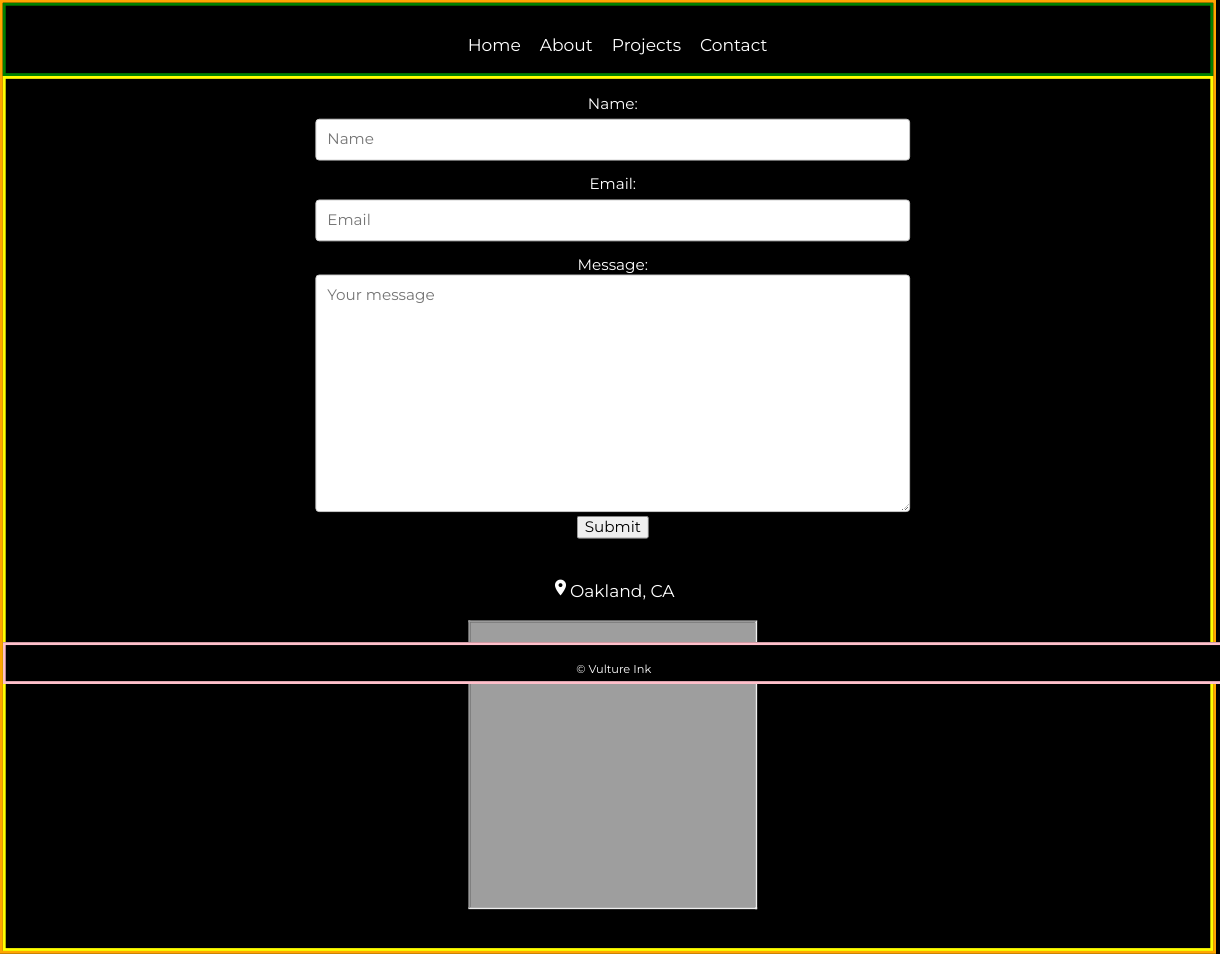
Repository: kaitlynMidori/anon_ink
Page: pages/Contact.html
These files come from the project's save history. The page is drawn as it stood at one moment and after the next save; the edit follows.
The browser window is 1280 px wide. The page is 1280 px wide, then 1284 px, so the pictures cover 1284 px, including what lies to the right of the window. The pictures show the whole page, at 95% of full size.
Pictures or frames that could not be fetched are drawn as grey boxes. Some web libraries are served in a nearby version.

Above is the page before, as saved 2021-09-07 17:51:03.

### pages/Contact.html
<!DOCTYPE html>
<html lang= "en">
    <head>
        <meta charset="utf-8">
        <meta name="viewport" content="width=device-width, initial-scale=1.0">
        <title>Contact</title>
        <link href="https://cdnjs.cloudflare.com/ajax/libs/normalize/8.0.1/normalize.min.css" rel="stylesheet" type="text/css" />
        <link href="https://fonts.googleapis.com/css2?family=Montserrat&display=swap" rel="stylesheet">
        <link href="../style.css" rel="stylesheet" type="text/css" />
      </head>

<body>

    <header>
        <!-- <div class="logo">ANONYMOUS INK</div> -->
        <nav>
          <ul id="menu">
            <li><a href="/index.html">Home</a></li>
            <li><a href="/Pages/About.html">About</a></li>
            <li><a href="/Pages/Projects.html">Projects</a></li>
            <!-- <li><a href="/Pages/Resume.html">Resume</a></li> -->
            <li><a href="/Pages/Contact.html">Contact</a></li>
          </ul>
        </nav>
      </header>
<main>

<!-- Contact -->

    <section>

      <!-- <h2>Get in Touch</h2> -->
      <div class="contact-container">

        <div class="contact-form">
            <form action="https://formspree.io/f/xrgoqyge" method="post">
              <label class="user-name" data-shrink="false">Name:</label>
              <input id="user-name" type="text" name="name" placeholder="Name">

              <label for="user-email">Email:</label>
              <input id="user-email" type="text" name="email" placeholder="Email">

              <label for="user-message">Message:</label> <textarea id="user-message" name="message" placeholder="Your message"></textarea>
              <button type="submit">Submit</button>
            </form>
          </div>
          <div class="location">
            <p><i class="material-icons" style="font-size:20px">location_on</i>Oakland, CA</p>
            <p><iframe src="https://www.google.com/maps/embed?pb=!1m18!1m12!1m3!1d201877.73430325926!2d-122.37538914908166!3d37.758634650214724!2m3!1f0!2f0!3f0!3m2!1i1024!2i768!4f13.1!3m3!1m2!1s0x80857d8b28aaed03%3A0x71b415d535759367!2sOakland%2C%20CA!5e0!3m2!1sen!2sus!4v1602104516145!5m2!1sen!2sus" width="300" height="300" allowfullscreen="" ></iframe></p>
          </div>
      </div>

    </section>
  </main>

  <footer>
    <p>© Vulture Ink</p>
  </footer>
  <script
      src="https://code.jquery.com/jquery-3.2.1.min.js"
      integrity="sha256-hwg4gsxgFZhOsEEamdOYGBf13FyQuiTwlAQgxVSNgt4="
      crossorigin="anonymous"></script>
<link rel="stylesheet" href="https://cdnjs.cloudflare.com/ajax/libs/font-awesome/4.7.0/css/font-awesome.min.css">
<link href="https://fonts.googleapis.com/icon?family=Material+Icons" rel="stylesheet">

  </body>
</html>

### style.css

/***************** General ******************/
body {
    border: solid orange;
    height: 100%;
    background-color: black;
    color: white;
    margin: none;
    font-family: 'Montserrat', sans-serif;
    padding-top: 0;
  }

  /************** navigation ***************/
  header nav {
    display: flex;
    flex-direction: row;
    justify-content: center;
    margin-top: 14px;
  }

  header nav ul {
    display: flex;
    flex-direction: row;
    padding-bottom: 0;
  }

  header nav ul li {
    list-style-type: none;
  }

  header ul li a {
    color: white;
    text-decoration: none;
    padding: 0 20px 0 0;
    font-family: 'Montserrat', sans-serif;
  }

  /************* Primary Groups ****************/
  header {
    font-size: 18px;
    background-color: black;
    margin: 0;
    border: solid green;
  }

  main {
    margin: auto;
    justify-content: center;
    justify-items: center;
    text-align: center;
    border: solid yellow;
    padding-top: 10px;
    padding-bottom: 10px;
  }

  footer {
    position: fixed;
    background-color: black;
    bottom: 0;
    width: 100%;
    border: solid pink;
  }

  /****************** Typography ******************/
  h1 {
    font-size: 28px;
    font-family: 'Montserrat', sans-serif;
    color: white;
    font-weight: 400;
  }

  h2 {
    font-size: 26px;
    color: rgb(17, 17, 17);
    font-family: 'Montserrat', sans-serif;
    text-align: center;
    font-weight: 400;
    margin: 0 10px;
  }

  h3 {
    font-size: 15px;
    font-family: 'Montserrat', sans-serif;
    font-weight: 430;
  }

  p {
    font-family: 'Montserrat', sans-serif;
    font-size: 18px;
    line-height: 1.3em;
    margin-bottom: 0;
  }

  main a {
    font-weight: 700;
    text-decoration: none;
  }

  main a:visited{
    color: blue;
  }
  /* main main a:hover{color: greenyellow;} */
  /* a:active{color:  rgb(143, 156, 33);} */

  footer p {
    font-size: 12px;
    color: white;
    text-align: center;
    padding: 5px;
  }

  footer h2 {
    color: black;
  }
/*
  img.image-enhanced {
    max-width: 350px;
    border-radius: 8px;
  }

  .item-double {
    color: rgb(17, 17, 17);
    flex: 2;
  }
   */
  /* Desktop groups/items */
  /* @media all and (min-width: 600px){
    section {
      padding: 0%;
    }
    .group {
      display: flex;
      flex-direction: row;
      flex-wrap: wrap;
    }
  } */

  /* ***********  home ************** */

  .home-video {
    position: fixed;
    right: 0px;
    bottom: 0px;
    min-width: 100%;
    min-height: 100%;
    width: auto;
    height: auto;
    z-index: -1;
  }

  /* ************ about *************** */

  .about-container {
    overflow: scroll;
    align-items: center;
    justify-content: center;
    flex-direction: column-reverse;
    margin: auto;
    padding: 15px;
    display: flex;
    text-align: center;
    flex-wrap: wrap;
  }

  .about-item {
    text-align: left;
    display: flex;
    flex-wrap: wrap;
    margin: auto;
  }

  /**************** projects ****************/
  .card-container {
    max-width: 900px;
    min-width: 370px;
    margin: auto;
    display: flex;
    flex-direction: row;
    flex-wrap: wrap;
    justify-content: space-evenly;
    text-align: center;
    padding-top: 10px;
  }

  .row-one {
    justify-content: space-evenly;
    display: flex;
    flex-wrap: wrap;
  }

  .card p {
    font-size: 14px;
    padding-left: 4px;
    padding-right: 4px;
  }

  .card #card1 {
    padding-top: 5px;
    background-repeat: no-repeat;
    background-size:cover;
    background-position: top;
    display: block;
    margin: 0 auto;
    text-indent: -9999px;
    width: 15rem;
    height: 20rem;
    border: transparent;
  }

  .card #card1:hover {
    font-size: 30px;
    color: black;
    display: block;
    margin: 0 auto;
    text-indent: 0;
    justify-content: center;
    background-color: rgb(238, 228, 211, .8);
    background-blend-mode: hue;
  }

  .card #card2 {
    padding-top: 5px;
    background-repeat: no-repeat;
    background-size:cover;
    background-position: top;
    display: block;
    margin: 0 auto;
    text-indent: -9999px;
    width: 15rem;
    height: 20rem;
    border: transparent;
  }

  .card #card2:hover {
    font-size: 30px;
    color: black;
    display: block;
    margin: 0 auto;
    text-indent: 0;
    justify-content: center;
    background-color: rgb(238, 228, 211, .8);
    background-blend-mode: hue;
  }

  .card #card3 {
    padding-top: 5px;
    background-repeat: no-repeat;
    background-size:cover;
    background-position: top;
    display: block;
    margin: 0 auto;
    text-indent: -9999px;
    width: 15rem;
    height: 20rem;
    border: transparent;
  }

  .card #card3:hover {
    font-size: 30px;
    color: black;
    display: block;
    margin: 0 auto;
    text-indent: 0;
    justify-content: center;
    background-color: rgb(238, 228, 211, .8);
    background-blend-mode: hue;
  }

  .card #card4 {
    padding-top: 5px;
    background-repeat: no-repeat;
    background-size:cover;
    background-position: top;
    display: block;
    margin: 0 auto;
    text-indent: -9999px;
    width: 15rem;
    height: 20rem;
    border: transparent;
  }

  .card #card4:hover {
    font-size: 30px;
    color: black;
    display: block;
    margin: 0 auto;
    text-indent: 0;
    justify-content: center;
    background-color: rgb(238, 228, 211, .8);
    background-blend-mode: hue;
  }

  .card #card5 {
    padding-top: 5px;
    background-repeat: no-repeat;
    background-size:cover;
    background-position: top;
    display: block;
    margin: 0 auto;
    text-indent: -9999px;
    width: 15rem;
    height: 20rem;
    border: transparent;
  }

  .card #card5:hover {
    font-size: 30px;
    color: black;
    display: block;
    margin: 0 auto;
    text-indent: 0;
    justify-content: center;
    background-color: rgb(238, 228, 211, .8);
    background-blend-mode: hue;
  }

  .card #card6 {
    padding-top: 5px;
    background-repeat: no-repeat;
    background-size:cover;
    background-position: top;
    display: block;
    margin: 0 auto;
    text-indent: -9999px;
    width: 15rem;
    height: 20rem;
    border: transparent;
  }

  .card #card6:hover {
    font-size: 30px;
    color: black;
    display: block;
    margin: 0 auto;
    text-indent: 0;
    justify-content: center;
    background-color: rgb(238, 228, 211, .8);
    background-blend-mode: hue;
  }

  /* The flip card container - set the width and height to whatever you want. We have added the border property to demonstrate that the flip itself goes out of the box on hover (remove perspective if you don't want the 3D effect */
  .card {
    backface-visibility: hidden;
    -webkit-backface-visibility: hidden;
    border: solid;
    border-color: transparent;
    background-color: transparent;
    width: 15rem;
    height: 20rem;
    margin-bottom: 20px;
    -webkit-perspective: 1000px;
    perspective: 1000px; /* Remove this if you don't want the 3D effect */
  }

  /* This container is needed to position the front and back side */
  .card-inner {
    position: relative;
    width: 100%;
    height: 100%;
    text-align: center;
    transition: transform 0.8s;
    -webkit-transition: -webkit-transform 0.8s;
    transform-style: preserve-3d;
    -webkit-transform-style: preserve-3d;
   transition-property: -webkit-transform;
   -webkit-transition-property: -webkit-transform;
   transition-duration: 1.5s;
   -webkit-transition-duration: 1.5s;
    backface-visibility: hidden;
    -webkit-backface-visibility: hidden;
  }

  /* Position the front and back side */
  .card-one-front {
    position: absolute;
    border-radius: 10px;
    margin-bottom: 20px;
    background-color: #ddd;
    background-image: url(./images/WalnutVaneerChair.png);
    opacity: .8;
    background-repeat: no-repeat;
    background-size:cover;
    background-position: top;
  }

  .card-two-front {
    position: absolute;
    -webkit-backface-visibility: hidden;
    backface-visibility: hidden;
    border-radius: 10px;
    margin-bottom: 20px;
    background-image: url(./images/MarilynFramed.png);
    opacity: .8;
    background-repeat: no-repeat;
    background-color: #ddd;
    background-size:cover;
    background-position: top;
    }

  .card-three-front {
    position: absolute;
    -webkit-backface-visibility: hidden;
    backface-visibility: hidden;
    border-radius: 10px;
    margin-bottom: 20px;
    background-image: url(./images/FvfXn.png);
    opacity: .8;
    background-repeat: no-repeat;
    background-color: #ddd;
    background-size:cover;
    background-position: top;
  }

  .card-four-front {
    position: absolute;
    -webkit-backface-visibility: hidden;
    backface-visibility: hidden;
    border-radius: 10px;
    margin-bottom: 20px;
    background-image: url(./images/Oakchair_angle.png);
    opacity: .8;
    background-repeat: no-repeat;
    background-color: #ddd;
    background-size:cover;
    background-position: left;
  }

  .card-five-front {
    position: absolute;
    -webkit-backface-visibility: hidden;
    backface-visibility: hidden;
    border-radius: 10px;
    margin-bottom: 20px;
    background-image: url(./images/SurfboardCoffetable.png);
    opacity: .8;
    background-repeat: no-repeat;
    background-color: #ddd;
    background-size:cover;
    background-position: top;
  }

  .card-six-front {
    position: absolute;
    -webkit-backface-visibility: hidden;
    backface-visibility: hidden;
    border-radius: 10px;
    margin-bottom: 20px;
    background-image: url(./images/CELLO_BELYTRIAL_PUZZLEJOINTS.png);
    opacity: .8;
    background-repeat: no-repeat;
    background-color: #ddd;
    background-size:cover;
    background-position: top;
  }

  /* ***************** Contact ****************** */
  .contact-container {
    display: inline-flex;
    flex-direction: row;
    flex-wrap: wrap;
    height: 100%;
    width: 100%;
    padding: 5px;
    margin: auto;
    align-items: center;
    align-content: center;
  }

  .contact-form {
    display: flex;
    max-width: 50%;
    height: 80%;
    margin: auto;
    border: solid;
    border-color: transparent;
  }

  .location {
    width: 100%;
    margin-top: 20px;
    margin-bottom: 20px;
  }
  /****** Contact Form Design ******/
  form input, form textarea {
    width: 100%;
    margin-bottom: 20px;
    margin: auto;
  }

  form textarea {
    height: 250px;
  }

  input[type=text], select, textarea {
    width: 100%;
    padding: 12px;
    border: 1px solid #ccc;
    border-radius: 4px;
    box-sizing: border-box;
    margin-top: 6px;
    margin-bottom: 16px;
    resize: vertical;
  }

  input[type=submit] {
    background-color: #04AA6D;
    color: white;
    padding: 12px 20px;
    border: none;
    border-radius: 4px;
    cursor: pointer;
  }

  input[type=submit]:hover {
    background-color: #45a049;
  }

After the next save:
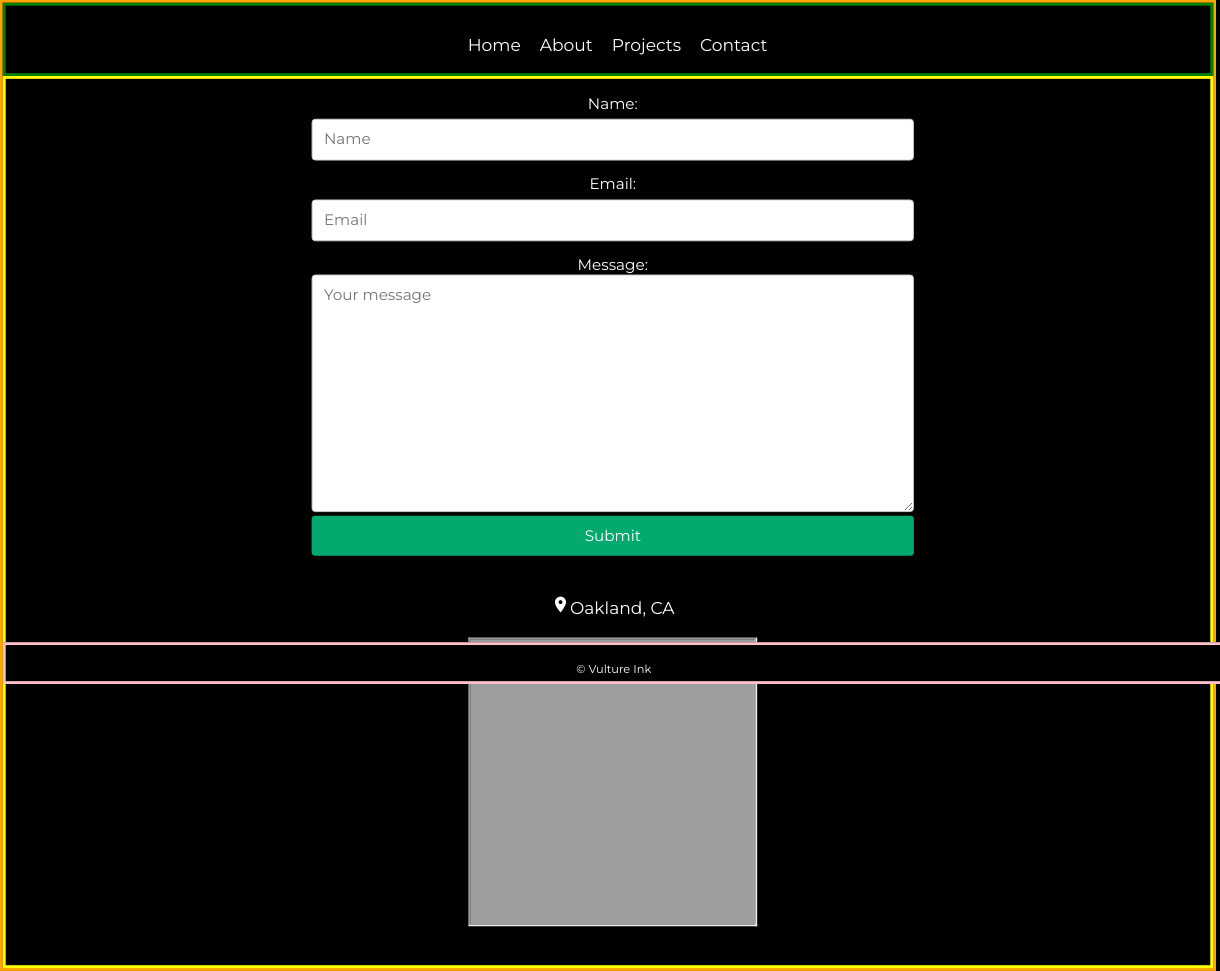
Saved 65 s later.
--- a/pages/Contact.html
+++ b/pages/Contact.html
@@ -41,7 +41,8 @@
               <input id="user-email" type="text" name="email" placeholder="Email">
 
               <label for="user-message">Message:</label> <textarea id="user-message" name="message" placeholder="Your message"></textarea>
-              <button type="submit">Submit</button>
+              <input type="submit" value="Submit">
+              <!-- <button type="submit">Submit</button> -->
             </form>
           </div>
           <div class="location">
